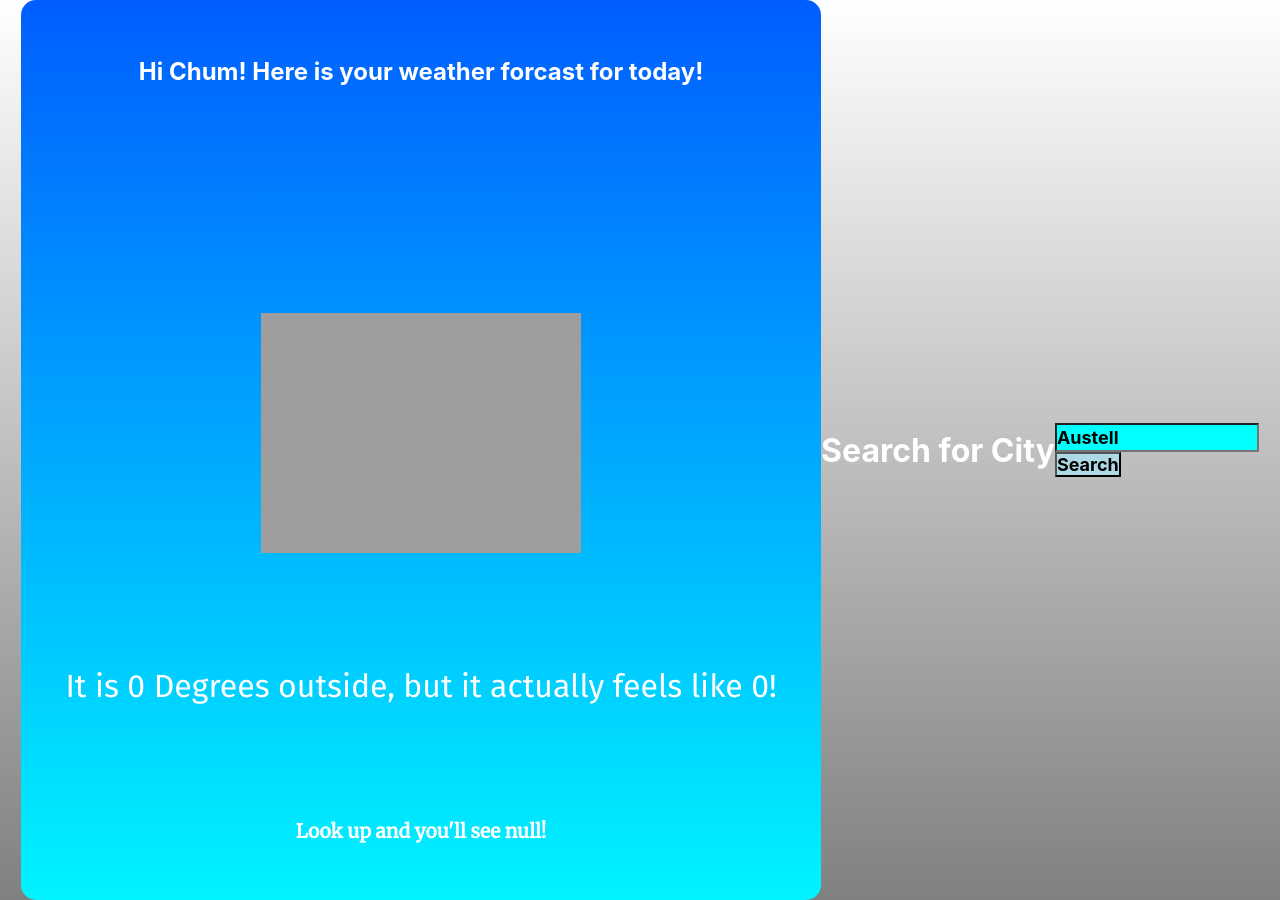
Repository: sayrilamar/chumsweatherapp
Page: /
These files come from the project's save history. The page is drawn as it stood at one moment and after the next save; the edit follows.
The browser window is 1280 px wide. The pictures show the whole page.
Pictures or frames that could not be fetched are drawn as grey boxes. The page's requests for data from a server got no answer. The project was rebuilt for these pictures with package versions that can differ from the ones it lists, and the page was loaded fresh each time. No one was signed in, and anything a server would have sent is missing.

Above is the page before, as saved 2020-04-19 09:07:43.

After the next save:
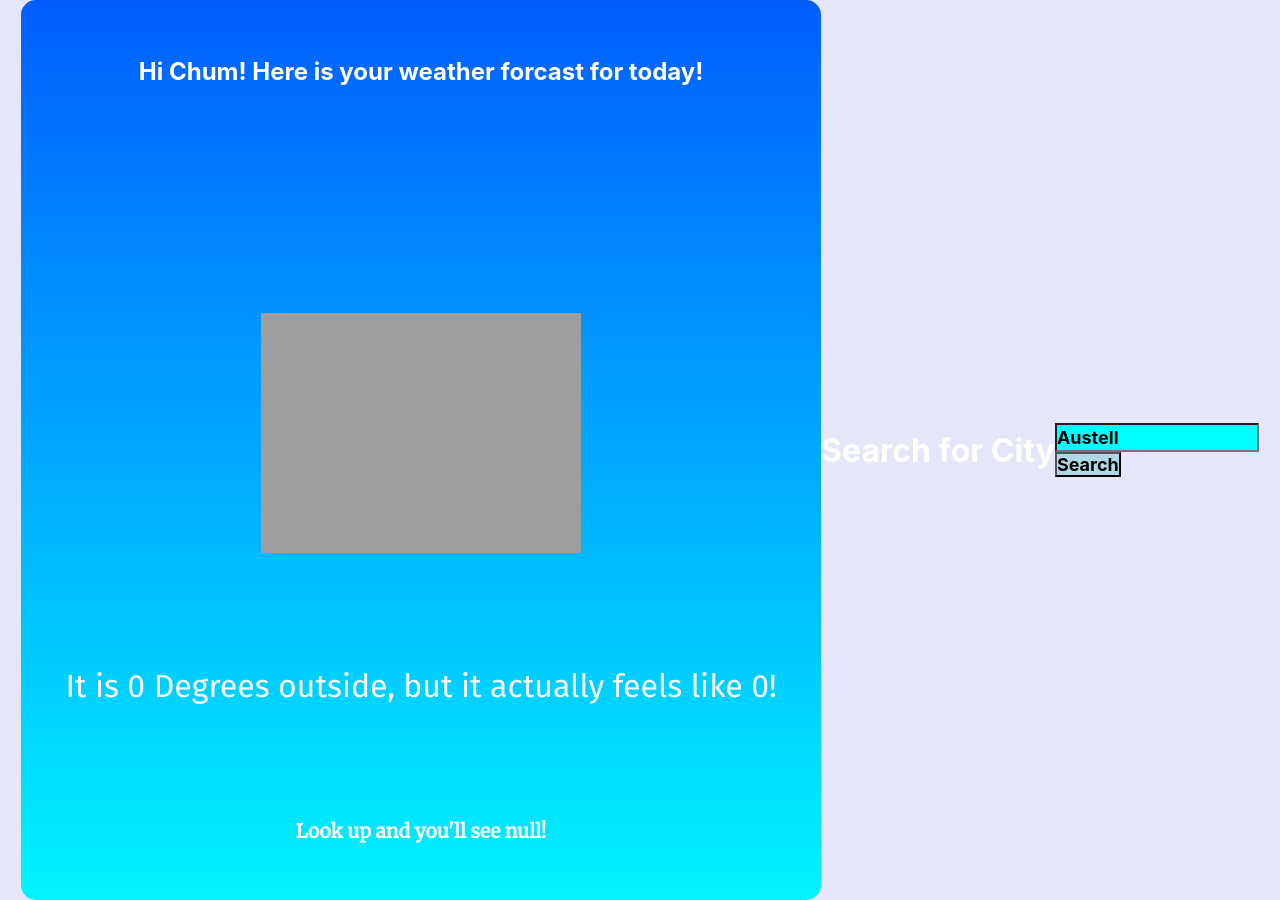
Saved 3 min 15 s later.
--- a/src/index.css
+++ b/src/index.css
@@ -9,5 +9,5 @@
 }
 
 body {
-  background: linear-gradient(to top, grey, white)
+  background: lavender
 }
